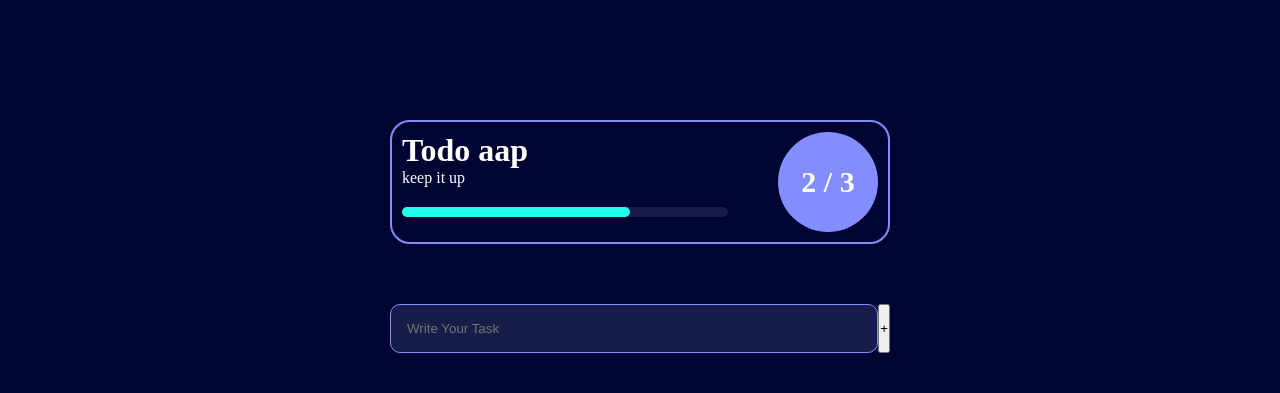
Repository: rajkapoor763-arch/first-work
Page: index.html
The author's editor kept a copy of each file at every save. The page is drawn from the files as they stood at one save, then again after the next save.
The browser window is 1280 px wide. The pictures show the whole page.

Above is the page before, as saved 2025-09-15 21:17:14.

After the next save:
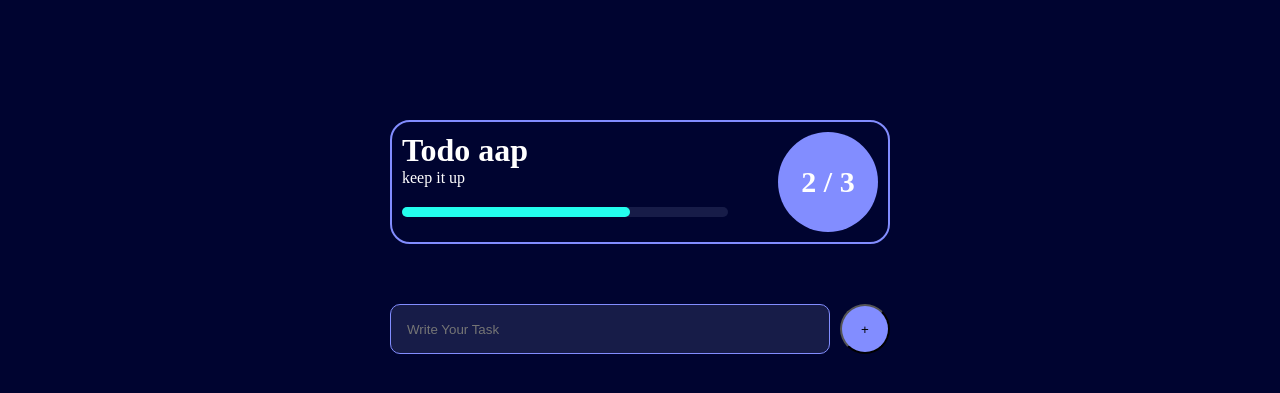
Saved 3 min 53 s later.
--- a/style.css
+++ b/style.css
@@ -67,6 +67,7 @@ form{
     margin-top:60px;
     width:100%;
     display:flex;
+    gap:10px;
 
 }
 input{
@@ -76,3 +77,12 @@ input{
     border:1px solid var(--purple);
     border-radius:10px;
 }
+button{
+    width:50px;
+    height:50px;
+    border-radius: 50%;
+    display:flex;
+    align-items: center;
+    justify-content: center;
+    background-color: var(--purple);
+}
